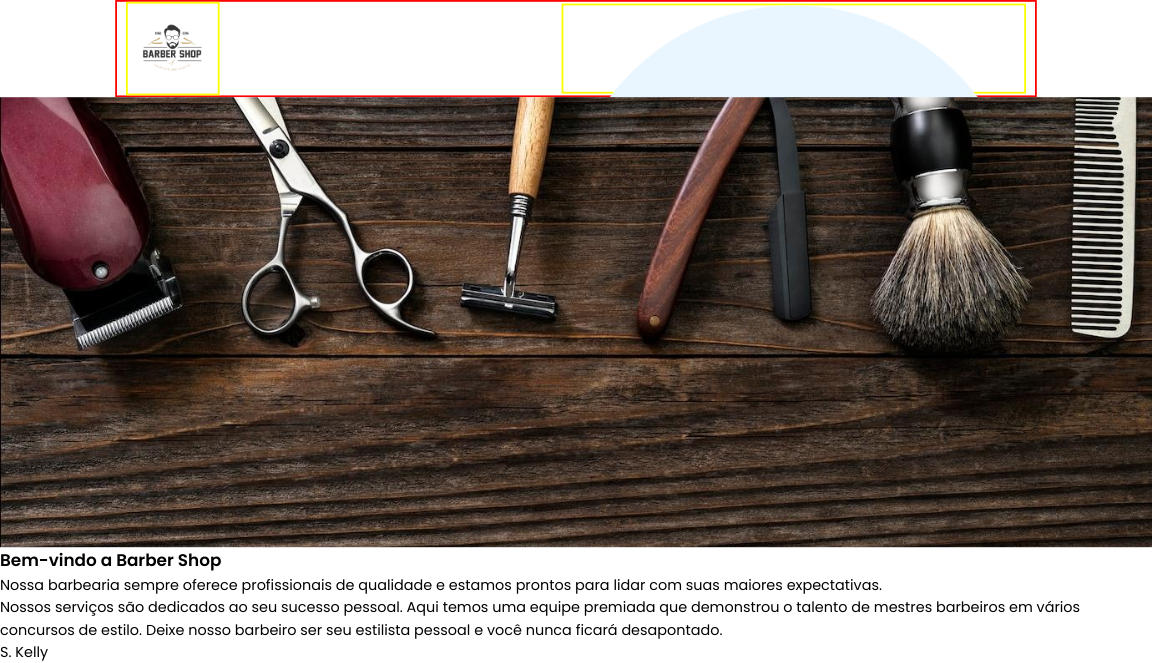
Repository: Daniells642/LandingPage-React
Page: /
The author's editor kept a copy of each file at every save. The page is drawn from the files as they stood at one save, then again after the next save.
The browser window is 1280 px wide. The pictures show the whole page, at 90% of full size.
The project was rebuilt for these pictures with package versions that can differ from the ones it lists, and the page was loaded fresh each time.

Above is the page before, as saved 2022-11-04 21:18:27.

After the next save:
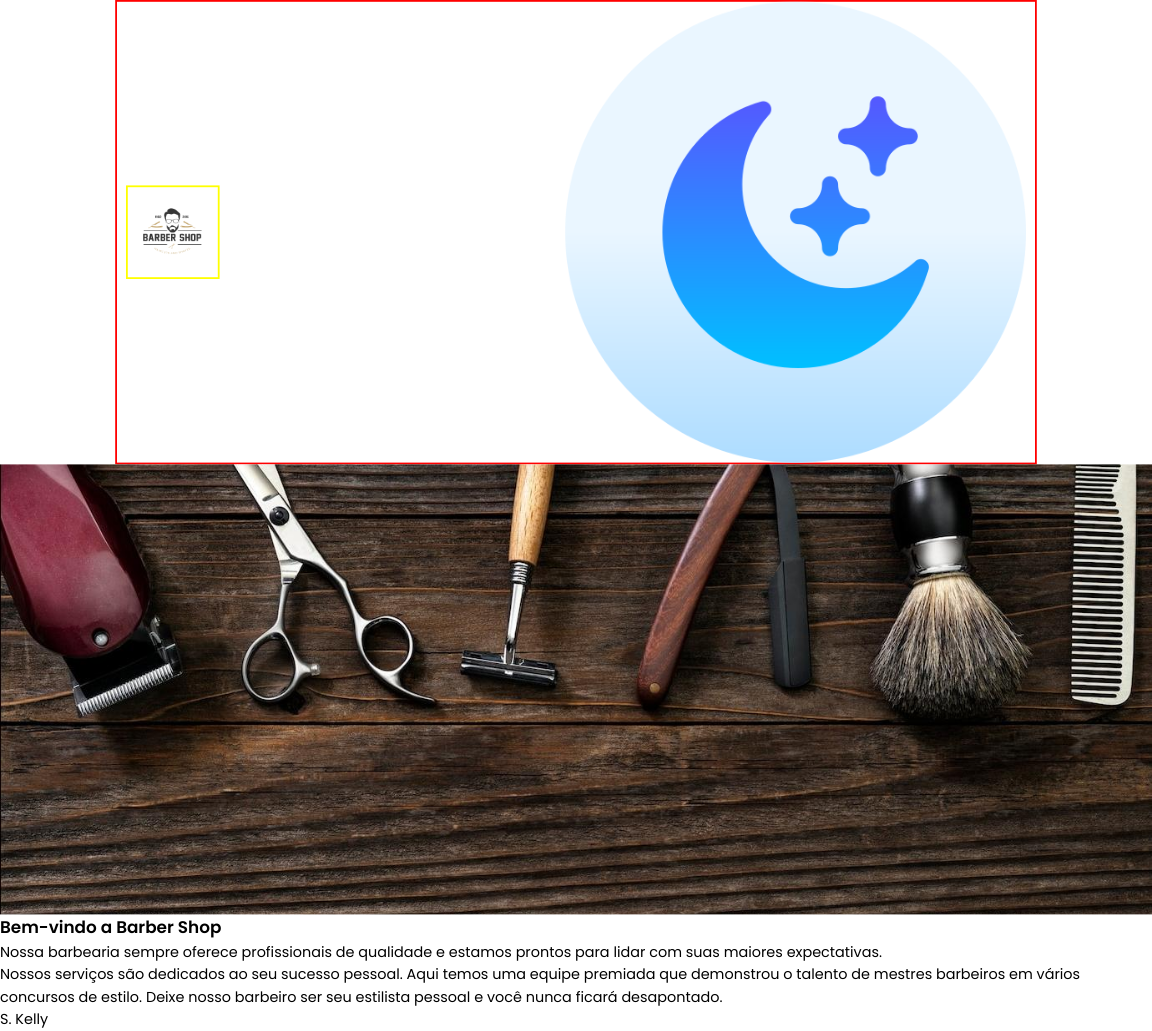
Saved 50 s later.
--- a/src/LandingPage/style.css
+++ b/src/LandingPage/style.css
@@ -21,8 +21,9 @@
     height: 100px;
 }
 .botao {
-    height: 100px;
-    border: yellow solid 2px;
+    display: flex;
+    justify-content: center;
+    align-items: center;
 }
 
 

After the save that followed:
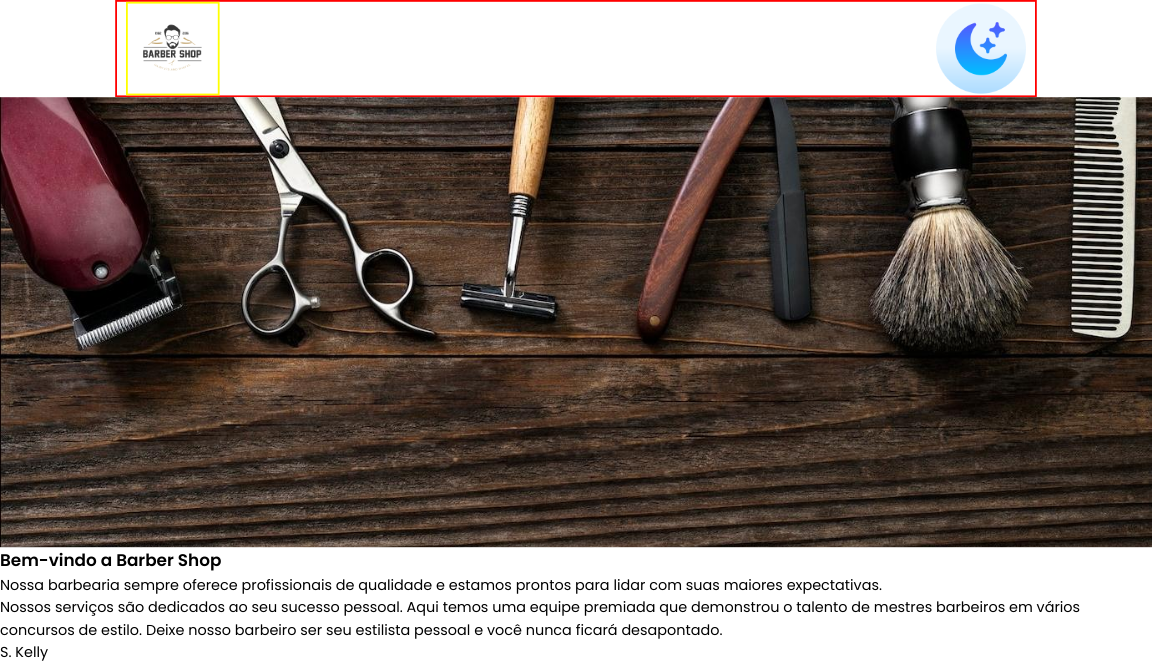
Saved 24 s later.
--- a/src/LandingPage/style.css
+++ b/src/LandingPage/style.css
@@ -26,6 +26,10 @@
     align-items: center;
 }
 
+.botao img {
+    height: 100px;
+
+}
 
 #secao-banner {
     position: relative;
